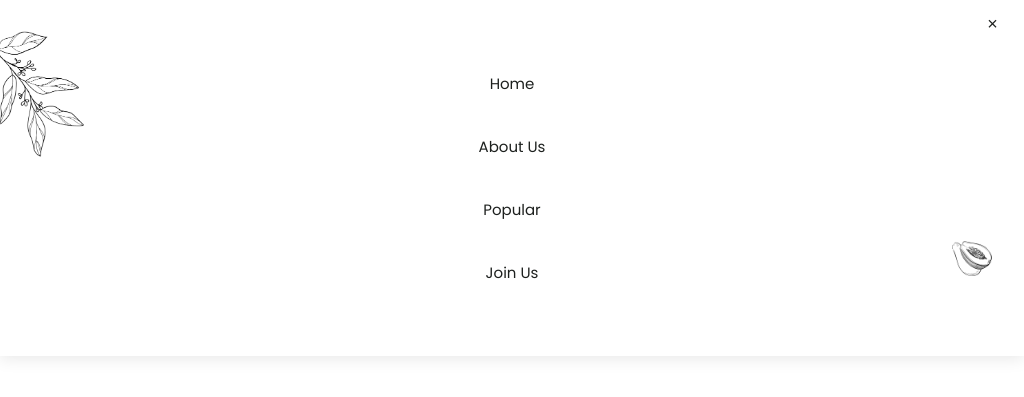
Repository: dinhhaidh/fruit
Page: index.html
An editor plug-in stored every save of this project. The page is shown before and after the next save, followed by the edit.
The browser window is 1024 px wide. The pictures show the whole page.
Some web fonts or font styles are not loaded; a fallback is used.

Above is the page before, as saved 2024-02-18 16:28:19.
Console error: ReferenceError: ScrollReveal is not defined

### index.html
<!DOCTYPE html>
<html lang="en">
<head>
    <meta charset="UTF-8">
    <meta name="viewport" content="width=device-width, initial-scale=1.0">

    <!--=============== FAVICON ===============-->
    <link rel="shortcut icon" href="assets/img/favicon.png" type="image/x-icon">

    <!--=============== REMIXICONS ===============-->
    <link rel="stylesheet" href="https://cdnjs.cloudflare.com/ajax/libs/remixicon/3.5.0/remixicon.css" crossorigin="">

    <!--=============== CSS ===============-->
    <link rel="stylesheet" href="./css/style.css">

    <title>Responsive fruit website - Bedimcode</title>
</head>
<body>
    <!--==================== HEADER ====================-->
    <header class="header" id="header">
        <nav class="nav container">
            <a href="#" class="nav__logo">
                <img src="./img/logo.png" alt=""> Fruit
            </a>
            <div class="nav__menu" id="nav-menu">
                <ul class="nav__list">
                    <li class="nav__item">
                        <a href="#Home" class="nav__link">Home</a>
                    </li>
                    <li class="nav__item">
                        <a href="#enjoy" class="nav__link">About Us</a>
                    </li>
                    <li class="nav__item">
                        <a href="#popular" class="nav__link">Popular</a>
                    </li>
                    <li class="nav__item">
                        <a href="#join" class="nav__link">Join Us</a>
                    </li>
                </ul>

                <a href="#" class="nav__close">
                    <i class="ri-close-line"></i>
                </a>

                <img src="./img/branch-2.png" alt="" class="nav__img-1">
                <img src="./img/fruit-line-1.png" alt="" class="nav__img-2">
            </div>

            <div class="nav__buttons">

                <!-- <i class="ri-moon-line theme__button" id="theme-button"></i> -->

                <div class="nav__toggle" id="nav-toggle">
                    <i class="ri-apps-2-line"></i>
                </div>
            </div>
        </nav>
    </header>

    <!--==================== MAIN ====================-->
    <main class="main">
        <!--==================== HOME ====================-->
        <section class="home section" id="home">

        </section>

        <!--==================== ENJOY ====================-->
        <section class="enjoy section">

        </section>

        <!--==================== ABOUT US ====================-->
        <section class="about section" id="about">

        </section>

        <!--==================== POPULAR ====================-->
        <section class="popular section" id="popular">

        </section>

        <!--==================== JOIN US ====================-->
        <section class="join section" id="join">

        </section>
    </main>

    <!--==================== FOOTER ====================-->
    <footer class="footer">

    </footer>

    <!--========== SCROLL UP ==========-->


    <!--=============== SCROLLREVEAL ===============-->
    <script src=""></script>

    <script src="https://code.jquery.com/jquery-3.7.1.slim.min.js"></script>

    <!--=============== MAIN JS ===============-->
    <script src="assets/js/main.js"></script>
</body>
</html>

### css/style.css
/*=============== GOOGLE FONTS ===============*/
@import url("https://fonts.googleapis.com/css2?family=Cherry+Bomb+One&family=Poppins:wght@400;500;600&display=swap");

/*=============== VARIABLES CSS ===============*/
:root {
  --header-height: 3.5rem;

  /*========== Colors ==========*/
  /*Color mode HSL(hue, saturation, lightness)*/
  --first-color: hsl(140, 40%, 48%);
  --first-color-alt: hsl(140, 40%, 44%);
  --title-color: hsl(140, 4%, 12%);
  --text-color: hsl(140, 4%, 40%);
  --text-color-light: hsl(140, 4%, 64%);
  --white-color: hsl(0, 0%, 100%);
  --body-color: hsl(0, 0%, 100%);
  --container-color: hsl(0, 0%, 95%);
  --shadow-img: drop-shadow(0 8px 12px hsla(0, 0%, 0%, .2));
  --filter-img: invert(1);

  /*========== Font and typography ==========*/
  /*.5rem = 8px | 1rem = 16px ...*/
  --body-font: "Poppins", sans-serif;
  --second-font: "Cherry Bomb One", cursive;
  --biggest-font-size: 3rem;
  --big-font-size: 2rem;
  --h1-font-size: 1.5rem;
  --h2-font-size: 1.25rem;
  --h3-font-size: 1rem;
  --normal-font-size: .938rem;
  --small-font-size: .813rem;

  /*========== Font weight ==========*/
  --font-regular: 400;
  --font-medium: 500;
  --font-semi-bold: 600;

  /*========== z index ==========*/
  --z-tooltip: 10;
  --z-fixed: 100;
}

/*========== Responsive typography ==========*/
@media screen and (min-width: 1150px) {
  :root {
    --biggest-font-size: 5.5rem;
    --big-font-size: 3rem;
    --h1-font-size: 2.25rem;
    --h2-font-size: 1.5rem;
    --h3-font-size: 1.25rem;
    --normal-font-size: 1rem;
    --small-font-size: .875rem;
  }
}

/*=============== BASE ===============*/
* {
  box-sizing: border-box;
  padding: 0;
  margin: 0;
}

html {
  scroll-behavior: smooth;
}

body,
input,
button {
  font-family: var(--body-font);
  font-size: var(--normal-font-size);
}

body {
  background-color: var(--body-color);
  color: var(--text-color);
  transition: background-color .4s;
}

input,
button {
  border: none;
  outline: none;
}

h1, h2, h3, h4 {
  color: var(--title-color);
  font-weight: var(--font-medium);
  line-height: 100%;
}

ul {
  list-style: none;
}

a {
  text-decoration: none;
}

img {
  display: block;
  max-width: 100%;
  height: auto;
}

/*=============== THEME ===============*/


/*========== Variables Dark Theme ==========*/



/*==========
	Color changes in some parts of
	the website, in dark theme
==========*/


/*=============== REUSABLE CSS CLASSES ===============*/
.container {
  max-width: 1120px;
  margin-inline: 1.5rem;
}

.grid {
  display: grid;
  gap: 1.5rem;
}

.section {
  padding-block: 5rem 1rem;
}

.section__title {
  font-size: var(--big-font-size);
  font-family: var(--second-font);
  text-align: center;
  margin-bottom: 1rem;
}

.main {
  overflow: hidden; /* For animation ScrollReveal */
}

/*=============== HEADER & NAV ===============*/
.header{
    position: fixed;
    width: 100%;
    top: 0;
    left: 0;
    background-color: var(--body-color);
    z-index: var(--z-fixed);
    transition: box-shadow .4s, background-color .4s;
}
.nav{
    height: var(--header-height);
    display:flex;
    align-items: center;
    justify-content: space-between;
}
.nav__close,
.nav__toggle,
.nav__logo{
    display:flex;
    align-items: center;
    justify-content: center;
    color: var(--title-color);
}
.nav__logo{
    column-gap: 0.25rem;
    font-family: var(--second-font);
    font-size: var(--h3-font-size);
}
.nav__logo img {
    width: 1.25rem;
}
.nav__link{
    color: var(--title-color);
    font-size: var(--font-semi-bold);
    transition: color .4s;
}
.nav__link:hover{
    color: var(--first-color);
}

/* Navigation for mobile devices */
@media screen and (max-width: 1150px) {
    .nav__menu{
        position: fixed;
        width: 100%;
        top: 0;
        left: 0;
        background-color: var(--body-color);
        box-shadow:  0 2px 16px hsla(0, 0%, 0%, .1);
        z-index: var(--z-fixed);
        padding-block: 4.5rem;
        transition: top .4s;
    }
    .nav__close{
        position: absolute;
        top: 1rem;
        right: 1.5rem;
    }
    .nav__list{
        display: flex;
        flex-direction: column;
        row-gap: 2.5rem;
        text-align: center;
    }
    .nav__img-1,
    .nav__img-2{
        position: absolute;
        filter: var(--filter-img);
    }
    .nav__img-1{
        top: -1rem;
        width: 140px;
        rotate: 180deg;
        left: -3.5rem;
    }
    .nav__img-2{
        width: 40px;
        bottom: 5rem;
        right: 2rem;
    }
}


/* Show menu */


/* Add shadow header */


/* Active link */


/*=============== HOME ===============*/


/*=============== BUTTON ===============*/


/*=============== ENJOY ===============*/


/*=============== ABOUT ===============*/


/*=============== POPULAR ===============*/


/*=============== JOIN ===============*/


/*=============== FOOTER ===============*/


/*=============== SCROLL BAR ===============*/


/*=============== SCROLL UP ===============*/


/* Show Scroll Up */


/*=============== BREAKPOINTS ===============*/
/* For small devices */


/* For medium devices */


/* For large devices */

### js/main.js
$(document).ready(function () {
  $("#nav-toggle").click(function(){
    $("#nav-menu").addClass("show-menu");
  });
  $("#nav-close").click(function(){
    $("#nav-menu").removeClass("show-menu");
  });
  $("#nav__link").click(function(){
    $('.active-link').removeClass("show-menu");
  });

  // khi kích vào nav__link nó sẽ ẳn đi
  $('.nav__item a').click(function(){
    $("#nav-menu").removeClass("show-menu");
  });
  //
  $(window).scroll(function(){
    $("#header").toggleClass("shadow-header", $(this).scrollTop() >= 50);
    $("#scroll-up").toggleClass("show-scroll", $(this).scrollTop() >= 350);

    // // active-link //
    // $('.active-link').addClass('nav__menu');

    /*=============== SCROLL SECTIONS ACTIVE LINK ===============*/
const sections = document.querySelectorAll('section[id]')

const scrollActive = () =>{
  	const scrollDown = window.scrollY

	sections.forEach(current =>{
		const sectionHeight = current.offsetHeight,
            sectionTop = current.offsetTop - 58,
            sectionId = current.getAttribute('id'),
            sectionsClass = document.querySelector('.nav__menu a[href*=' + sectionId + ']')

		if(scrollDown > sectionTop && scrollDown <= sectionTop + sectionHeight){
			sectionsClass.classList.add('active-link')
		}else{
			sectionsClass.classList.remove('active-link')
		}
	})
}
window.addEventListener('scroll', scrollActive)
  });
});


// dark-theme
$(document).ready( function(){
  $('#theme-button').click( function () {
      $('body').toggleClass('dark-theme');
      $('.ri-moon-line').toggleClass('ri-sun-line');
  });
});
//

/*=============== SCROLL REVEAL ANIMATION ===============*/
const sr = ScrollReveal({
  origin: 'top',
  distance: '60px',
  duration: 2500,
  delay: 400,
  // reset: true
})
sr.reveal(`.home__data, .join__container, .footer__container`) //hiệu ứng trên xuống
sr.reveal(`.home__img`,{origin: 'bottom'})
sr.reveal(`.enjoy__card, .popular__card`,{interval: 100}) //hiệu ứng trêm xuống lần lần từng giây
sr.reveal(`.about__data`,{origin: 'right'})
sr.reveal(`.about__img`,{origin: 'left'})

After the next save:
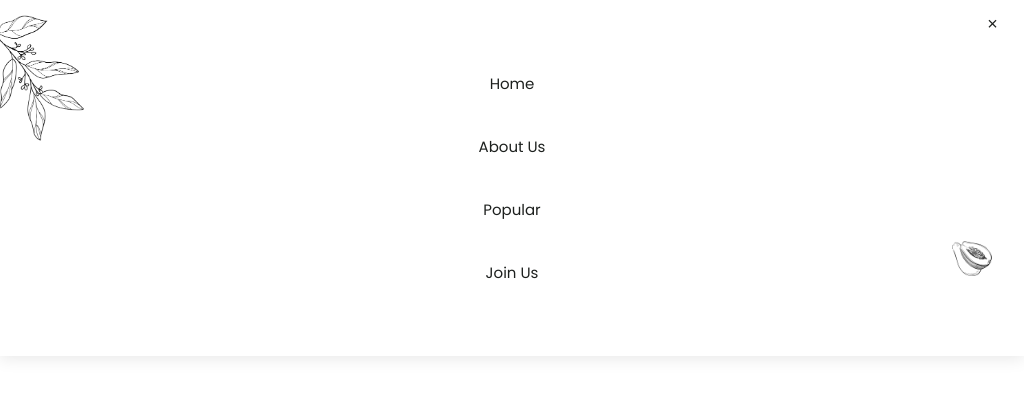
Saved 13 s later.
--- a/css/style.css
+++ b/css/style.css
@@ -213,7 +213,7 @@
         filter: var(--filter-img);
     }
     .nav__img-1{
-        top: -1rem;
+        top: -2rem;
         width: 140px;
         rotate: 180deg;
         left: -3.5rem;
